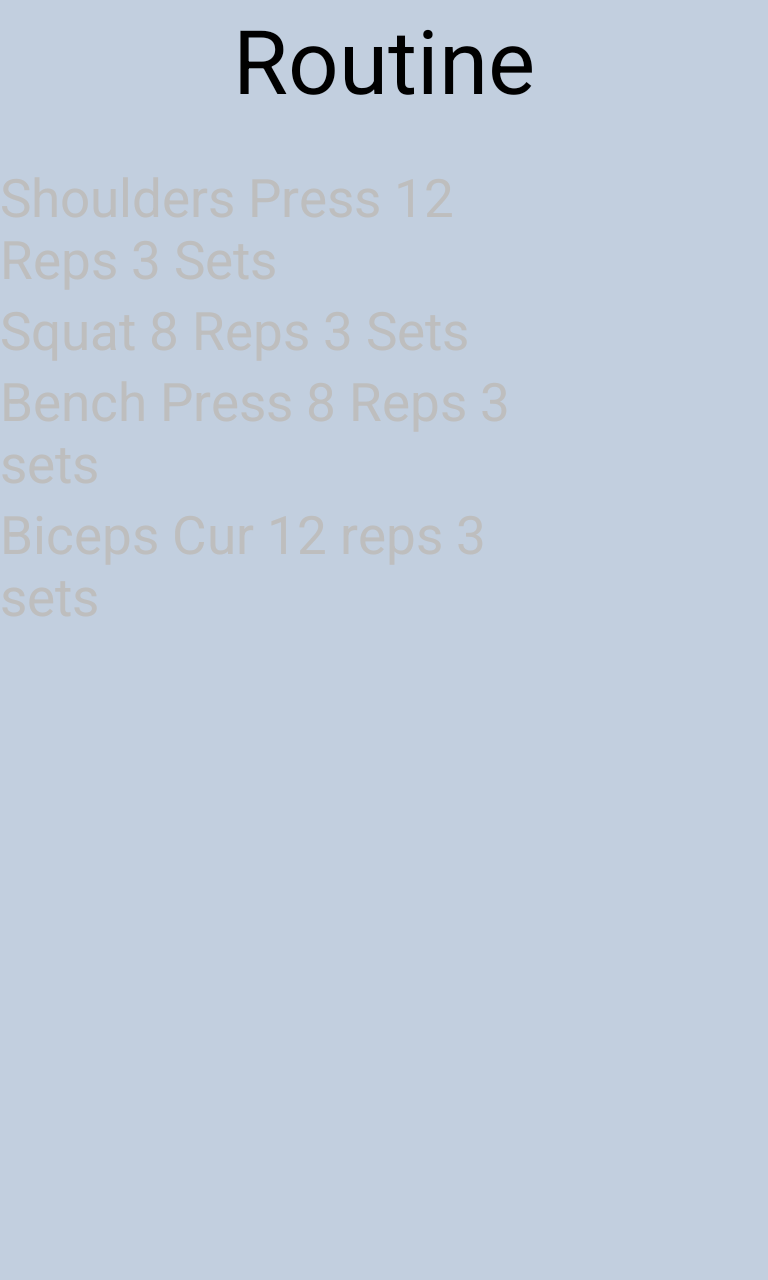
Repository: parinya1968/My-project
Layout: DroidWork/getBig/res/layout/viewr.xml
The author's editor kept a copy of each file at every save. The layout is drawn from the files as they stood at one save, then again after the next save.
It is drawn on a 768 x 1280 px phone screen (xhdpi) without system bars, with theme android:Theme.NoTitleBar.Fullscreen; the app's code is not run.

Above is the layout before, as saved 2012-06-20 06:38:53.

### DroidWork/getBig/res/layout/viewr.xml
<?xml version="1.0" encoding="utf-8"?>
<LinearLayout xmlns:android="http://schemas.android.com/apk/res/android"
    android:layout_width="fill_parent"
    android:layout_height="fill_parent"
    android:background="#C2CFDF"
    android:orientation="vertical" >


    <TextView
        android:id="@+id/textView1"
        android:layout_width="wrap_content"
        android:layout_height="wrap_content"
        android:layout_gravity="center_horizontal"
        android:layout_weight="0.05"
        android:text="Routine"
        android:textColor="#000000"
        android:textSize="20pt" />


    <LinearLayout
        android:layout_width="257dp"
        android:layout_height="wrap_content"
        android:layout_weight="0.76"
        android:orientation="vertical" >


        <TextView
            android:id="@+id/textView2"
            android:layout_width="wrap_content"
            android:layout_height="wrap_content"
            android:textSize="12pt"
            android:text="Shoulders Press 12 Reps 3 Sets" />


        <TextView
            android:id="@+id/textView3"
            android:layout_width="wrap_content"
            android:layout_height="wrap_content"
            android:textSize="12pt"
            android:text="Squat 8 Reps 3 Sets" />

        <TextView
            android:id="@+id/textView4"
            android:layout_width="wrap_content"
            android:layout_height="wrap_content"
            android:textSize="12pt"
            android:text="Bench Press 8 Reps 3 sets" />

        <TextView
            android:id="@+id/textView5"
            android:layout_width="wrap_content"
            android:layout_height="wrap_content"
            android:textSize="12pt"
            android:text="Biceps Cur 12 reps 3 sets" />

    </LinearLayout>

</LinearLayout>

After the next save:
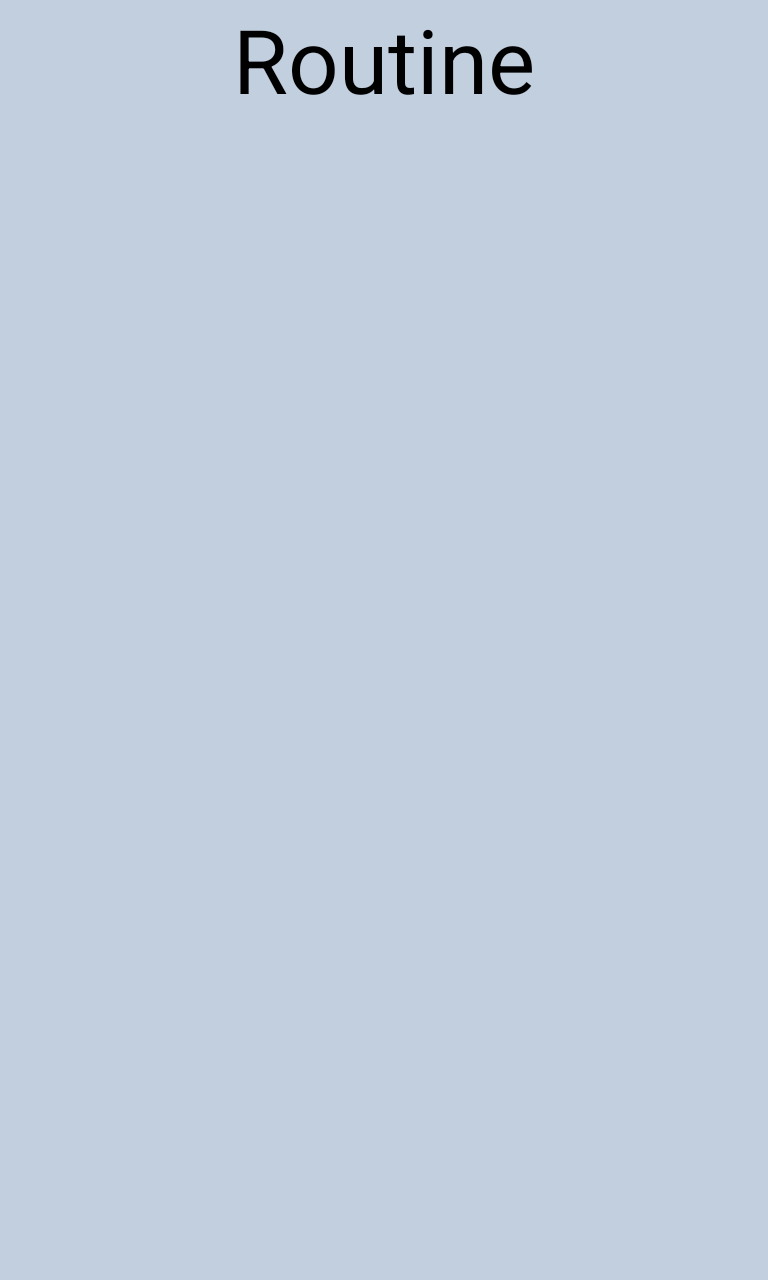
Saved 2 min 5 s later.
--- a/DroidWork/getBig/res/layout/viewr.xml
+++ b/DroidWork/getBig/res/layout/viewr.xml
@@ -6,53 +6,14 @@
     android:orientation="vertical" >
 
 
+
     <TextView
         android:id="@+id/textView1"
         android:layout_width="wrap_content"
         android:layout_height="wrap_content"
         android:layout_gravity="center_horizontal"
-        android:layout_weight="0.05"
         android:text="Routine"
         android:textColor="#000000"
         android:textSize="20pt" />
 
-
-    <LinearLayout
-        android:layout_width="257dp"
-        android:layout_height="wrap_content"
-        android:layout_weight="0.76"
-        android:orientation="vertical" >
-
-
-        <TextView
-            android:id="@+id/textView2"
-            android:layout_width="wrap_content"
-            android:layout_height="wrap_content"
-            android:textSize="12pt"
-            android:text="Shoulders Press 12 Reps 3 Sets" />
-
-
-        <TextView
-            android:id="@+id/textView3"
-            android:layout_width="wrap_content"
-            android:layout_height="wrap_content"
-            android:textSize="12pt"
-            android:text="Squat 8 Reps 3 Sets" />
-
-        <TextView
-            android:id="@+id/textView4"
-            android:layout_width="wrap_content"
-            android:layout_height="wrap_content"
-            android:textSize="12pt"
-            android:text="Bench Press 8 Reps 3 sets" />
-
-        <TextView
-            android:id="@+id/textView5"
-            android:layout_width="wrap_content"
-            android:layout_height="wrap_content"
-            android:textSize="12pt"
-            android:text="Biceps Cur 12 reps 3 sets" />
-
-    </LinearLayout>
-
 </LinearLayout>
